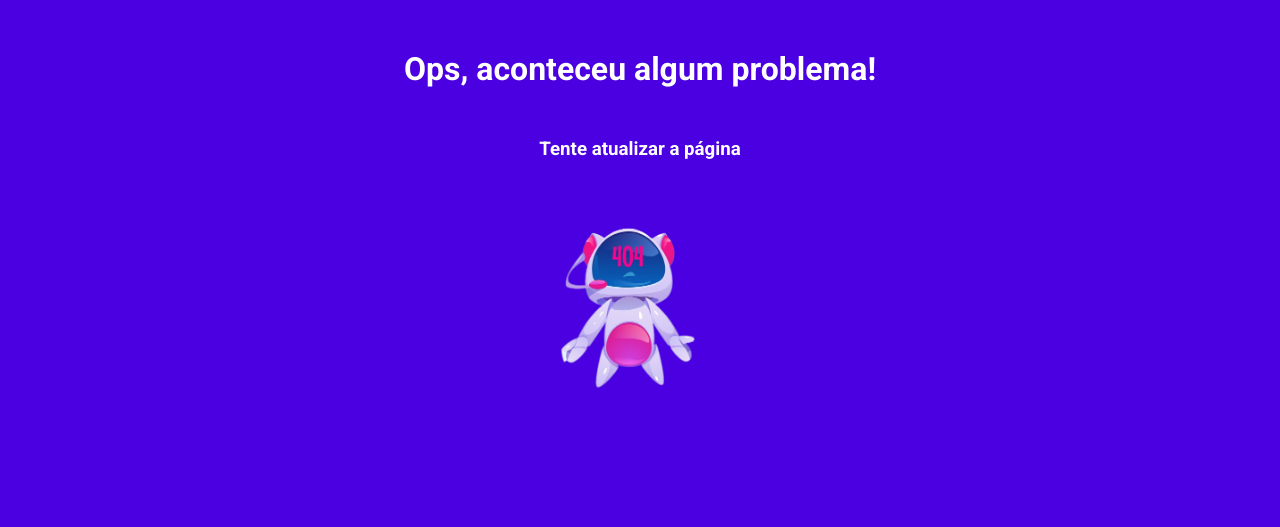
Repository: pettinelli1202/Ana-VirtualAssistant
Page: html/error-page.html
These files come from the project's save history. The page is drawn as it stood at one moment and after a run of saves; the edit follows.
The browser window is 1280 px wide. The pictures show the whole page.
Some web fonts or font styles are not loaded; a fallback is used.

Above is the page before, as saved 2023-05-11 21:58:17.

After the next 2 saves:
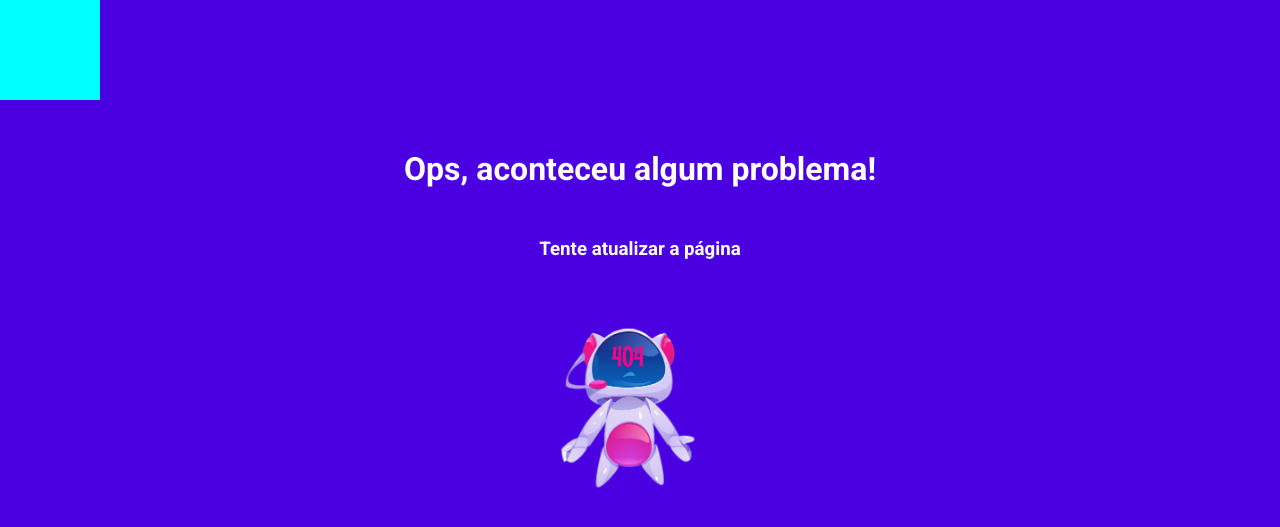
The 2 saves are shown as one change because they came seconds apart.
The last was saved 7 s later.
--- a/html/error-page.html
+++ b/html/error-page.html
@@ -1,5 +1,6 @@
 <!DOCTYPE html>
 <html lang="pt-BR">
+
 <head>
     <meta charset="UTF-8">
     <meta http-equiv="X-UA-Compatible" content="IE=edge">
@@ -7,11 +8,12 @@
     <link rel="stylesheet" href="../css/error-page-style.css">
     <title>Erro 404</title>
 </head>
+
 <body>
-    <span class="circle-one"></div>
-<div class="circle-two"></div>
-<div class="circle-three"></div>
-<div class="circle-four"></div>
+    <div class="circle-one"></div>
+    <div class="circle-two"></div>
+    <div class="circle-three"></div>
+    <div class="circle-four"></div>
 
     <h1>Ops, aconteceu algum problema!</h1>
     <h3>Tente atualizar a página</h3>
@@ -19,4 +21,5 @@
     <img id="ana-image-error" src="../media/ana3-removebg-erro.png" alt="" width="200px">
 
 </body>
+
 </html>
